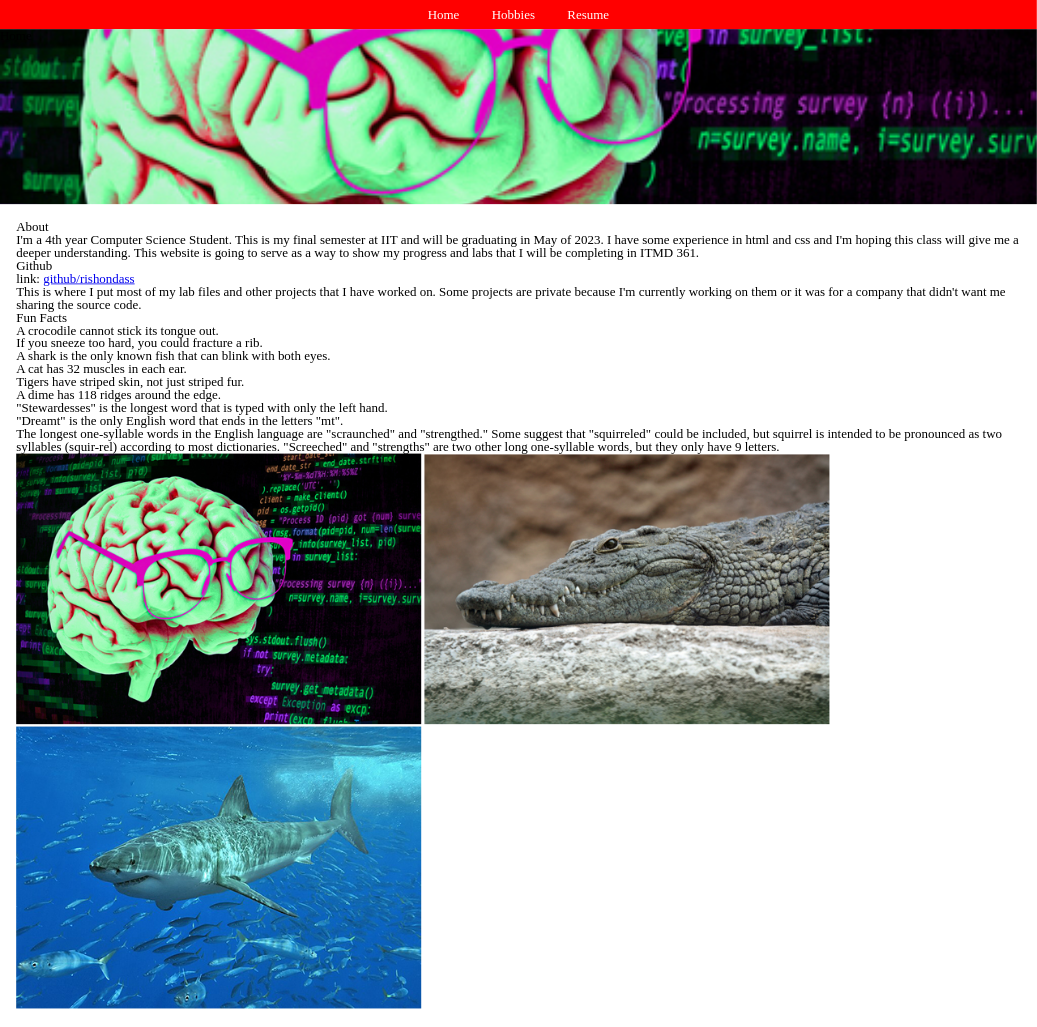
Repository: rishondass/ITMD361-Project2
Page: index.html
The author's editor kept a copy of each file at every save. The page is drawn from the files as they stood at one save, then again after the next save.
The browser window is 1280 px wide. The pictures show the whole page, at 81% of full size.

Above is the page before, as saved 2023-03-07 21:41:28.

After the next save:
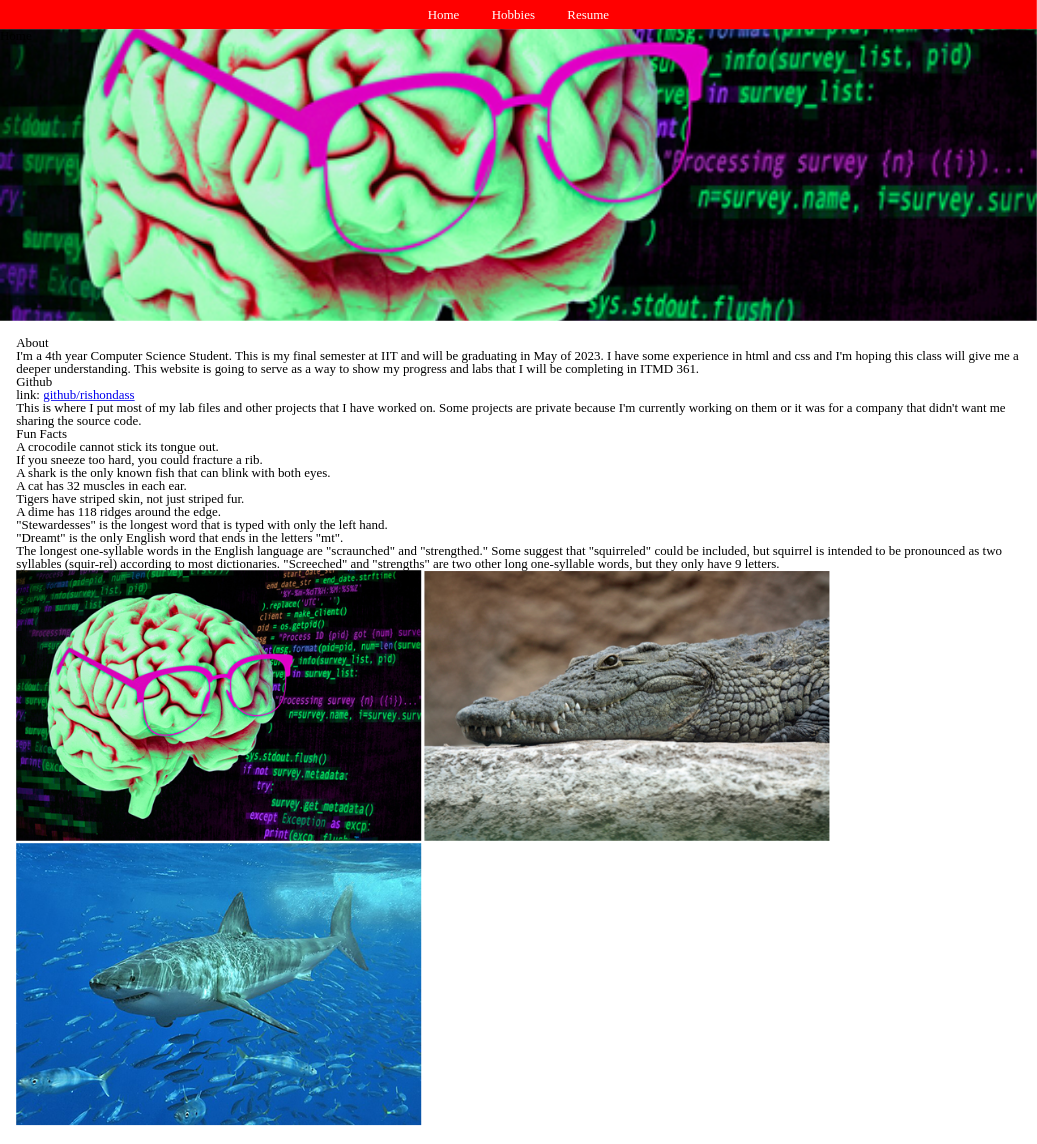
Saved 88 s later.
--- a/css/style.css
+++ b/css/style.css
@@ -30,7 +30,7 @@
 
 #hero-section{
     width: 100%;
-    height: 30vh;
+    height: 50vh;
     background-image: url("/images/code.jpg");
     background-repeat: no-repeat;
     background-size: cover;
